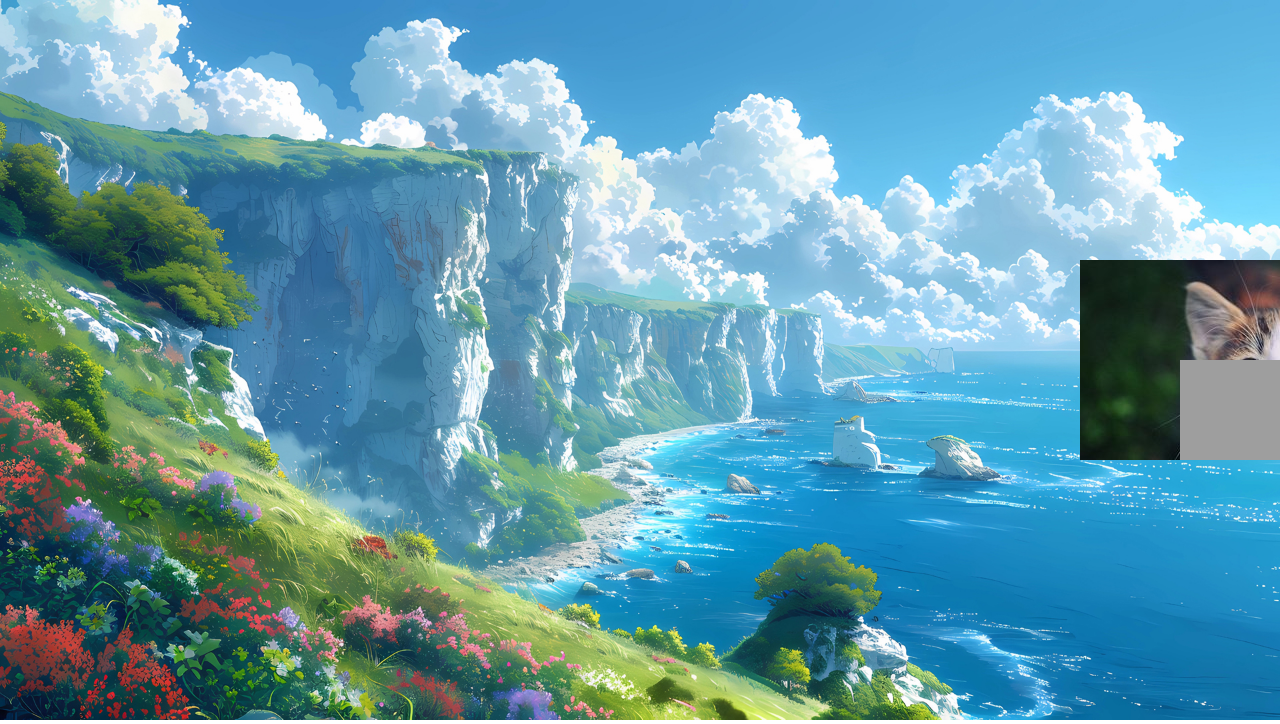
Repository: taoxiaofeng/hello-javascript
Page: master-class/position.html
The author's editor kept a copy of each file at every save. The page is drawn from the files as they stood at one save, then again after the next save.
The browser window is 1280 px wide. The pictures show the whole page.
Pictures or frames that could not be fetched are drawn as grey boxes.

Above is the page before, as saved 2024-07-29 21:59:22.

After the next save:
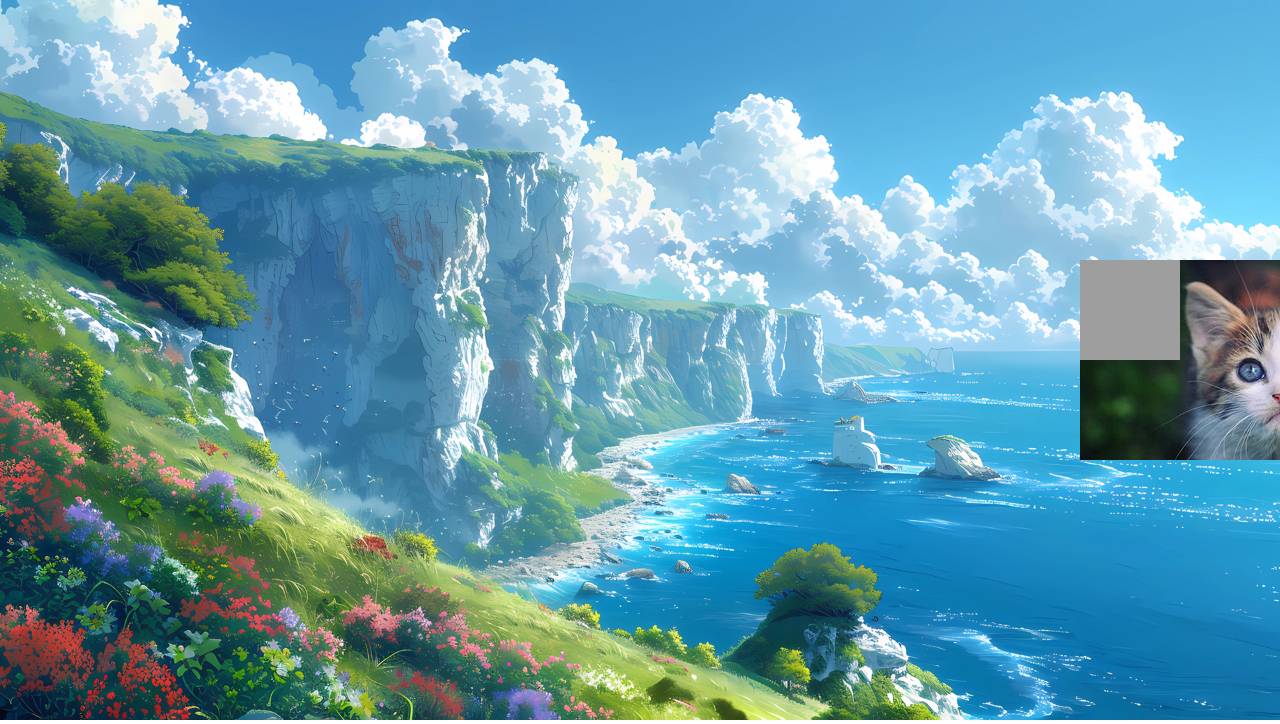
Saved 8 s later.
--- a/master-class/position.html
+++ b/master-class/position.html
@@ -52,9 +52,6 @@
    .cat .qrcode {
     width: 100px;
     height: 100px;
-    position: absolute;
-    top: 50%;
-    left: 50%;
     margin-left: auto;
   }
 
